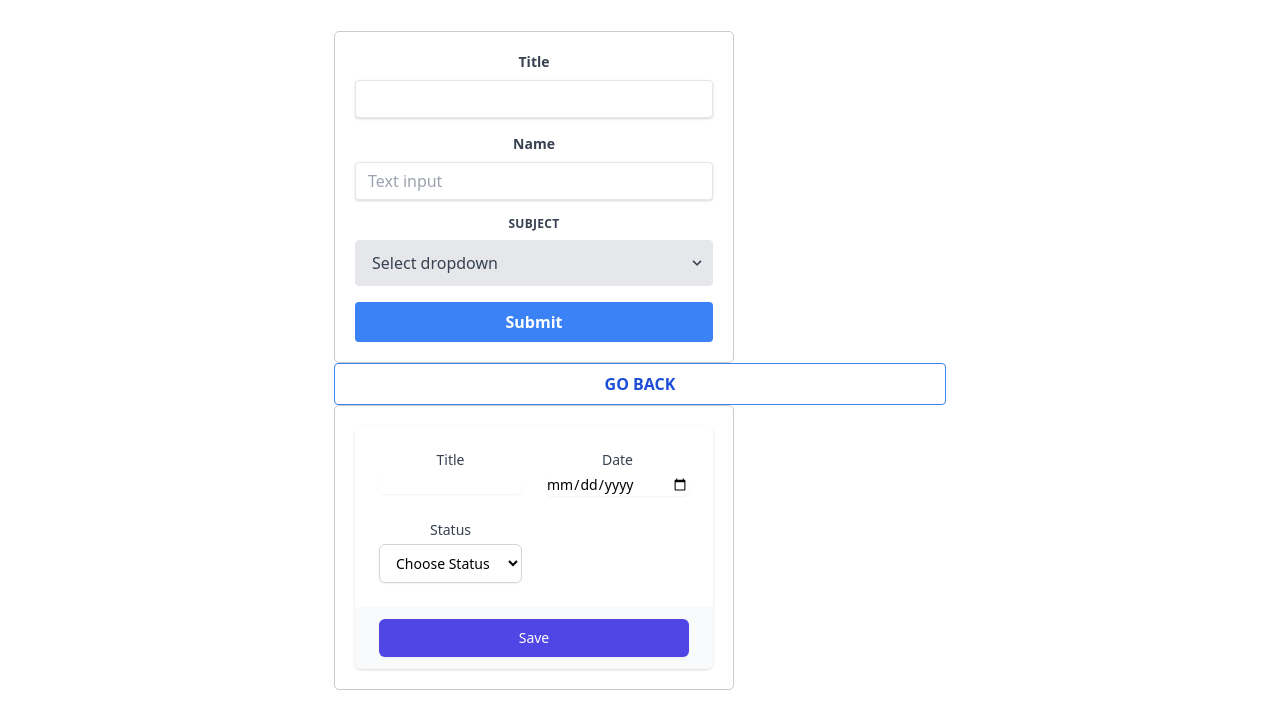
Repository: maikeru-desu/parking-lot
Page: /add (app in parking-lot-fe/)
An editor plug-in stored every save of this project. The page is shown before and after the next save, followed by the edit.
The browser window is 1280 px wide. The pictures show the whole page.
The project was rebuilt for these pictures with package versions that can differ from the ones it lists, and the page was loaded fresh each time. Also part of the build but not shown: parking-lot-fe/craco.config.js, parking-lot-fe/src/pages/Home.js, parking-lot-fe/src/pages/Edit.js.

Above is the page before, as saved 2021-10-14 06:58:05.

After the next save:
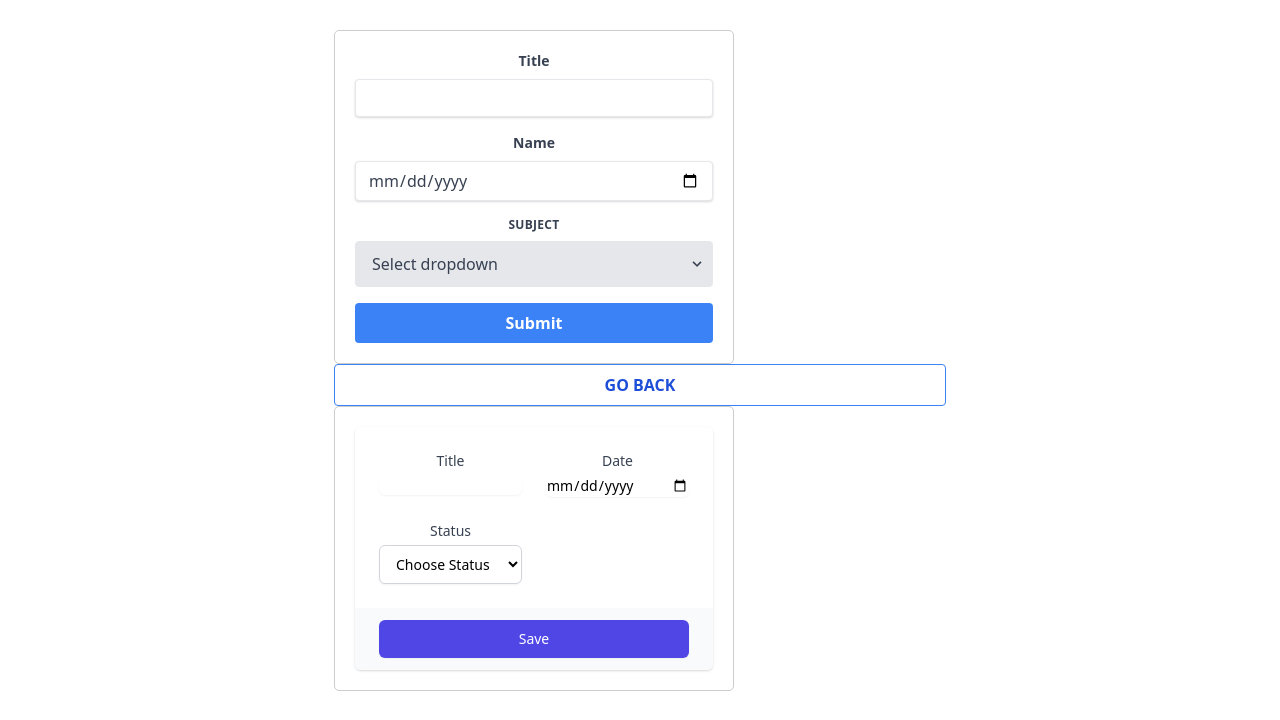
Saved 38 s later.
--- a/parking-lot-fe/src/pages/Add.js
+++ b/parking-lot-fe/src/pages/Add.js
@@ -55,8 +55,13 @@ const Add = () => {
                         Name
                     </label>
                     <input
+                        type="date"
+                        name="date"
+                        id="date"
+                        value={date}
+                        onChange={handleChange}
                         className="shadow appearance-none border rounded w-full py-2 px-3 text-gray-700 leading-tight focus:outline-none focus:shadow-outline"
-                        id="name" type="text" placeholder="Text input" />
+                    />
                 </div>
                 <div className="mb-4">
                     <label className="block uppercase tracking-wide text-gray-700 text-xs font-bold mb-2" for="grid-state">
